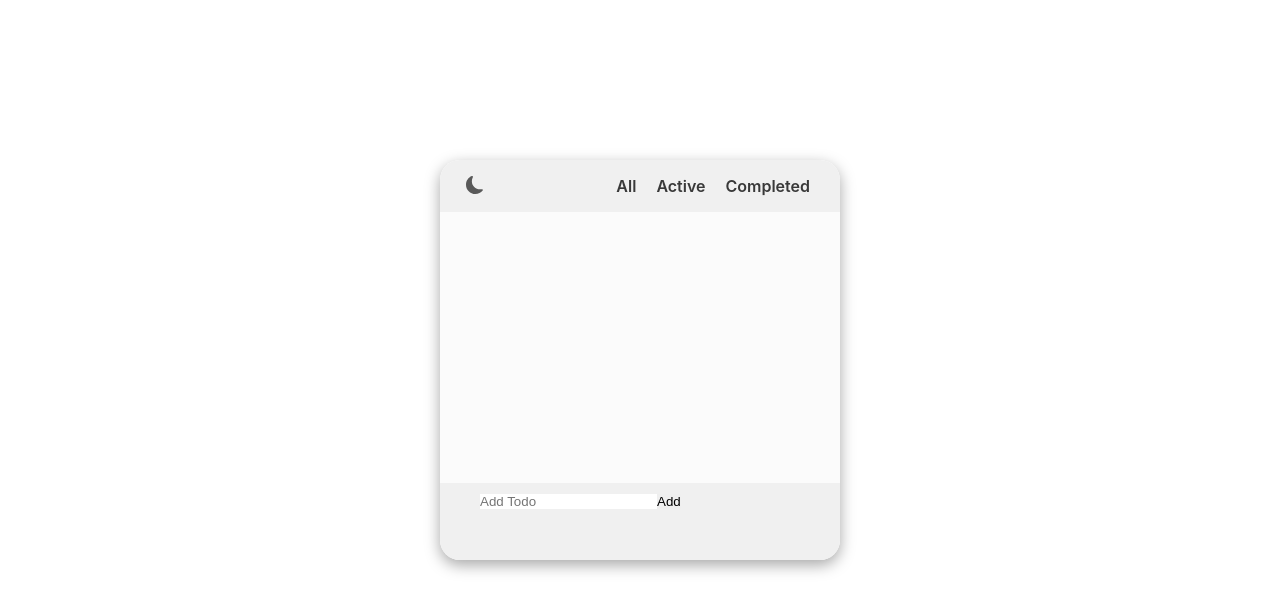
Repository: momo0170/react_todolist
Page: /
The author's editor kept a copy of each file at every save. The page is drawn from the files as they stood at one save, then again after the next save.
The browser window is 1280 px wide. The pictures show the whole page.
The project was rebuilt for these pictures with package versions that can differ from the ones it lists, and the page was loaded fresh each time. Also part of the build but not shown: src/css/Todo.module.css, src/components/Todo.jsx.

Above is the page before, as saved 2022-11-02 13:00:31.

After the next save:
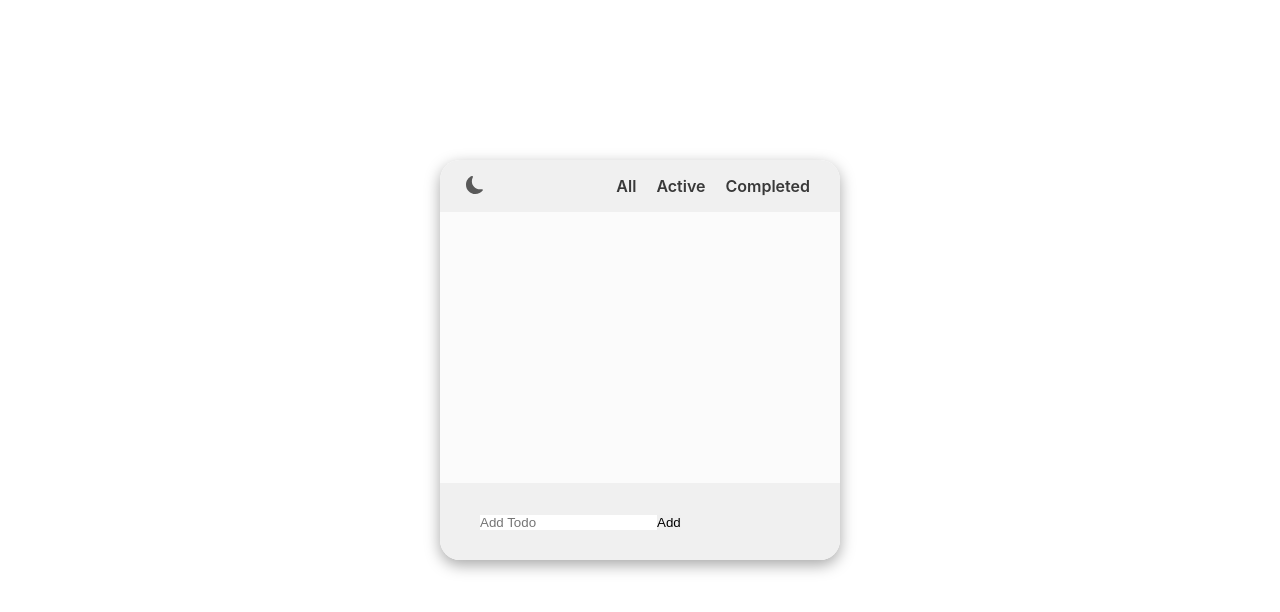
Saved 67 s later.
--- a/src/App.module.css
+++ b/src/App.module.css
@@ -45,7 +45,7 @@
 }
 .form {
   width: 80%;
-  height: 80%;
+  /* height: 80%; */
 }
 .input {
   border: 0;
